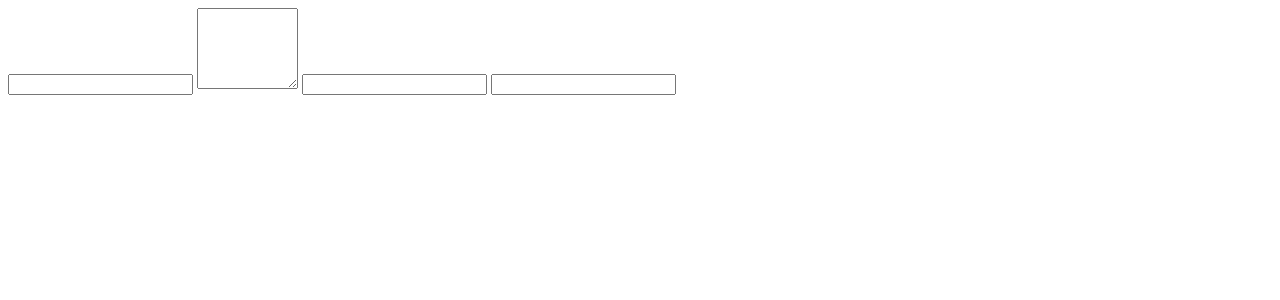
Repository: Anwithgowda/bank-app
Page: http://localhost/movie-book-app/addtheater.jsp
These files come from the project's save history. The page is drawn as it stood at one moment and after the next save; the edit follows.
The browser window is 1280 px wide. The pictures show the whole page.
The page is served by Tomcat 10.

Above is the page before, as saved 2024-03-01 02:24:55.

After the next save:
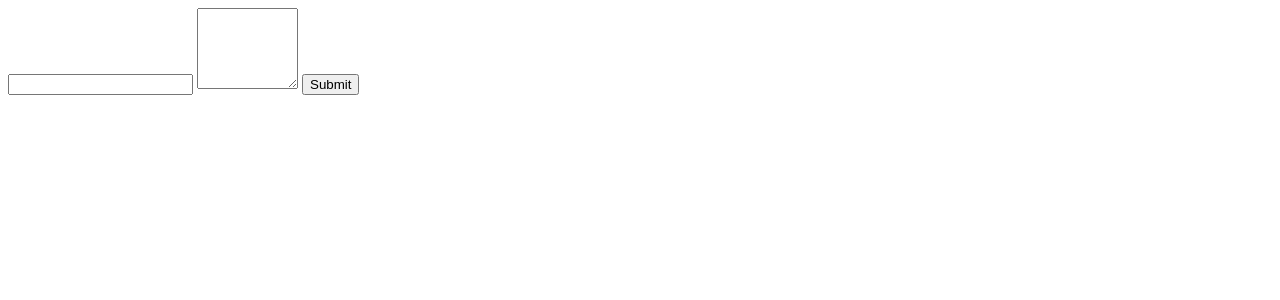
Saved 101 s later.
--- a/movieapp/movie-book-app/src/main/webapp/addtheater.jsp
+++ b/movieapp/movie-book-app/src/main/webapp/addtheater.jsp
@@ -11,8 +11,8 @@
 <form action="">
   <input type="text" name="name">
   <textarea rows="5" cols="10" name="address"></textarea>
-  <input type="text" name="">
-  <input type="text" name="">
+  <input type="submit" name="">
+
 </form>
 </body>
 </html>
